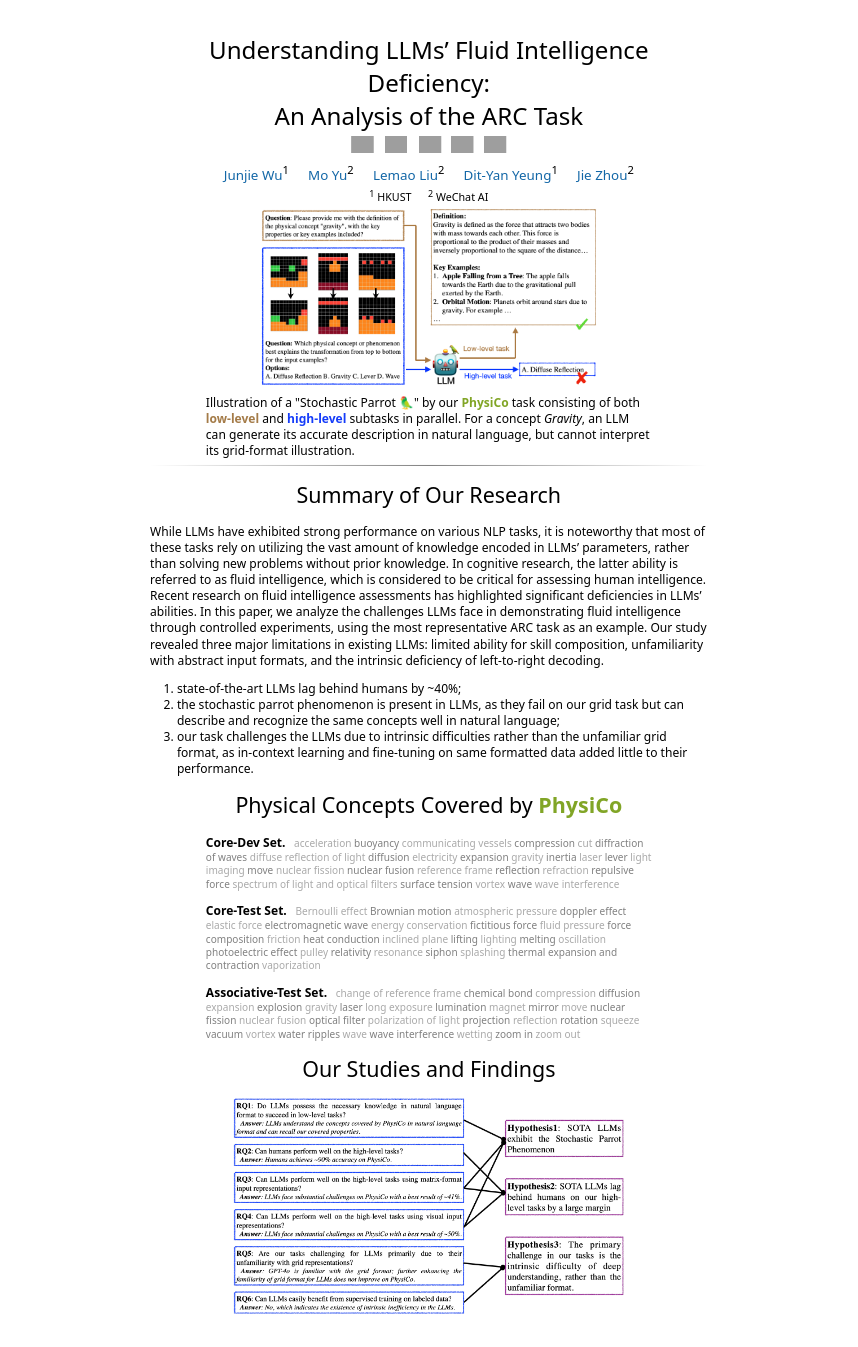
Repository: wujunjie1998/araoc-benchmark.github.io
Page: index.html
An editor plug-in stored every save of this project. The page is shown before and after the next save, followed by the edit.
The browser window is 1280 px wide. The pictures show the whole page, at 67% of full size.
Pictures or frames that could not be fetched are drawn as grey boxes.

Above is the page before, as saved 2025-02-07 21:11:11.

### index.html
<html>
  <head>
    <title>
      Understanding LLMs’ Fluid Intelligence Deficiency: An Analysis of the ARC Task
    </title>
    <link
      rel="icon"
      href="data:[embedded picture, 137 characters]"
    />
    <meta charset="UTF-8" />
    <meta name="viewport" content="width=device-width, initial-scale=1" />
    <link rel="stylesheet" href="./css/index.css" />
  </head>

  <body>
    <div class="header">
      <div class="paper-title">
        Understanding LLMs’ Fluid Intelligence Deficiency:
        <br />
        An Analysis of the ARC Task
      </div>
      <div>
        <!-- * Paper -->
        <span class="link-block">
          <a target="_blank" href="./paper.pdf"
            ><img
              class="badge"
              src="https://img.shields.io/badge/Paper-PDF-red?&labelColor=lightgray&logo=arxiv&logoColor=brown" /><img
          /></a>
        </span>
        <!-- * Dataset -->
        <span class="link-block">
          <a
            target="_blank"
            href="https://huggingface.co/datasets/ShunchiZhang/PhysiCo/"
            ><img
              class="badge"
              src="https://img.shields.io/badge/HuggingFace-Dataset-yellow?labelColor=lightgray&logo=huggingface" /><img
          /></a>
        </span>
        <!-- * Code -->
        <span class="link-block">
          <a target="_blank" href="https://github.com/physico-benchmark/physico"
            ><img
              class="badge"
              src="https://img.shields.io/badge/GitHub-Code-gray?labelColor=lightgray&logo=github&logoColor=gray" /><img /></a
        ></span>
        <!-- * Leaderboard -->
        <span class="link-block">
          <a href="./leaderboard.html"
            ><img
              class="badge"
              src="https://img.shields.io/badge/Leaderboard-Visit-blue?labelColor=lightgray&logo=stackblitz&logoColor=367BAF" /><img /></a
        ></span>
        <!-- * X Threads -->
        <span class="link-block">
          <a href="https://x.com/jieeijjie/status/1876713099752861782"
            ><img
              class="badge"
              src="https://img.shields.io/badge/Threads-black?labelColor=lightgray&logo=x&logoColor=gray" /><img /></a
        ></span>
      </div>
      <div>
        <div class="author-list">
          <span class="author-block"
            ><a href="https://wujunjie1998.github.io/">Junjie Wu</a
            ><sup>1</sup></span
          >
          <span class="author-block"
            ><a href="https://sites.google.com/site/moyunlp/">Mo Yu</a
            ><sup>2</sup></span
          >
          <span class="author-block"
            ><a href="https://lemaoliu.github.io/homepage/">Lemao Liu</a
            ><sup>2</sup></span
          >
          <span class="author-block"
            ><a href="https://sites.google.com/view/dyyeung">Dit-Yan Yeung</a
            ><sup>1</sup></span
          >
          <span class="author-block"
            ><a href="https://openreview.net/profile?id=~Jie_Zhou8">Jie Zhou</a
            ><sup>2</sup></span
          >
        </div>
        <div class="inst-list">
          <span class="institution-block"><sup>1</sup> HKUST</span>
          <span class="institution-block"><sup>2</sup> WeChat AI</span>
        </div>
      </div>
    </div>

    <div class="teaser">
      <center>
        <img src="./img/teaser.png" />
        <figcaption>
          Illustration of a "Stochastic Parrot 🦜" by our
          <span class="dataset-name">PhysiCo</span> task consisting of both
          <b style="color: #a47b48">low-level</b> and
          <b style="color: #153cf9">high-level</b> subtasks in parallel. For a
          concept <i>Gravity</i>, an LLM can generate its accurate description
          in natural language, but cannot interpret its grid-format
          illustration.
        </figcaption>
      </center>
    </div>

    <hr />

    <!-- ^ Summary of Our Research -->
    <center><h1>Summary of Our Research</h1></center>
    <div class="content">
      <!-- <p style="font-size: large; text-align: center">
        <b>TL;DR:</b>
      </p> -->
      <p>
        While LLMs have exhibited strong performance on various NLP tasks, it is noteworthy that most of these tasks rely on utilizing the vast amount of knowledge encoded in LLMs’ parameters, rather than solving new problems without prior knowledge. In cognitive research, the latter ability is referred to as fluid intelligence, which is considered to be critical for assessing human intelligence. Recent research on fluid intelligence assessments has highlighted significant deficiencies in LLMs’ abilities. In this paper, we analyze the challenges LLMs face in demonstrating fluid intelligence through controlled experiments, using the most representative ARC task as an example. Our study revealed three major limitations in existing LLMs: limited ability for skill composition, unfamiliarity with abstract input formats, and the intrinsic deficiency of left-to-right decoding.
      </p>
      <ol>
        <li>state-of-the-art LLMs lag behind humans by ~40%;</li>
        <li>
          the stochastic parrot phenomenon is present in LLMs, as they fail on
          our grid task but can describe and recognize the same concepts well in
          natural language;
        </li>
        <li>
          our task challenges the LLMs due to intrinsic difficulties rather than
          the unfamiliar grid format, as in-context learning and fine-tuning on
          same formatted data added little to their performance.
        </li>
      </ol>
    </div>

    <!-- ^ Physical Concepts Covered by `PhysiCo` -->
    <center>
      <h1>
        Physical Concepts Covered by <span class="dataset-name">PhysiCo</span>
      </h1>
    </center>
    <div class="content narrower">
      <p>
        <strong>Core-Dev Set.</strong>&ensp;<span style="font-size: smaller">
          <span style="color: darkgray">acceleration</span>
          <span style="color: gray">buoyancy</span>
          <span style="color: darkgray">communicating vessels</span>
          <span style="color: gray">compression</span>
          <span style="color: darkgray">cut</span>
          <span style="color: gray">diffraction of waves</span>
          <span style="color: darkgray">diffuse reflection of light</span>
          <span style="color: gray">diffusion</span>
          <span style="color: darkgray">electricity</span>
          <span style="color: gray">expansion</span>
          <span style="color: darkgray">gravity</span>
          <span style="color: gray">inertia</span>
          <span style="color: darkgray">laser</span>
          <span style="color: gray">lever</span>
          <span style="color: darkgray">light imaging</span>
          <span style="color: gray">move</span>
          <span style="color: darkgray">nuclear fission</span>
          <span style="color: gray">nuclear fusion</span>
          <span style="color: darkgray">reference frame</span>
          <span style="color: gray">reflection</span>
          <span style="color: darkgray">refraction</span>
          <span style="color: gray">repulsive force</span>
          <span style="color: darkgray"
            >spectrum of light and optical filters</span
          >
          <span style="color: gray">surface tension</span>
          <span style="color: darkgray">vortex</span>
          <span style="color: gray">wave</span>
          <span style="color: darkgray">wave interference</span></span
        >
      </p>
      <p>
        <strong>Core-Test Set.</strong>&ensp;<span style="font-size: smaller">
          <span style="color: darkgray">Bernoulli effect</span>
          <span style="color: gray">Brownian motion</span>
          <span style="color: darkgray">atmospheric pressure</span>
          <span style="color: gray">doppler effect</span>
          <span style="color: darkgray">elastic force</span>
          <span style="color: gray">electromagnetic wave</span>
          <span style="color: darkgray">energy conservation</span>
          <span style="color: gray">fictitious force</span>
          <span style="color: darkgray">fluid pressure</span>
          <span style="color: gray">force composition</span>
          <span style="color: darkgray">friction</span>
          <span style="color: gray">heat conduction</span>
          <span style="color: darkgray">inclined plane</span>
          <span style="color: gray">lifting</span>
          <span style="color: darkgray">lighting</span>
          <span style="color: gray">melting</span>
          <span style="color: darkgray">oscillation</span>
          <span style="color: gray">photoelectric effect</span>
          <span style="color: darkgray">pulley</span>
          <span style="color: gray">relativity</span>
          <span style="color: darkgray">resonance</span>
          <span style="color: gray">siphon</span>
          <span style="color: darkgray">splashing</span>
          <span style="color: gray">thermal expansion and contraction</span>
          <span style="color: darkgray">vaporization</span></span
        >
      </p>
      <p>
        <strong>Associative-Test Set.</strong>&ensp;<span
          style="font-size: smaller"
        >
          <span style="color: darkgray">change of reference frame</span>
          <span style="color: gray">chemical bond</span>
          <span style="color: darkgray">compression</span>
          <span style="color: gray">diffusion</span>
          <span style="color: darkgray">expansion</span>
          <span style="color: gray">explosion</span>
          <span style="color: darkgray">gravity</span>
          <span style="color: gray">laser</span>
          <span style="color: darkgray">long exposure</span>
          <span style="color: gray">lumination</span>
          <span style="color: darkgray">magnet</span>
          <span style="color: gray">mirror</span>
          <span style="color: darkgray">move</span>
          <span style="color: gray">nuclear fission</span>
          <span style="color: darkgray">nuclear fusion</span>
          <span style="color: gray">optical filter</span>
          <span style="color: darkgray">polarization of light</span>
          <span style="color: gray">projection</span>
          <span style="color: darkgray">reflection</span>
          <span style="color: gray">rotation</span>
          <span style="color: darkgray">squeeze</span>
          <span style="color: gray">vacuum</span>
          <span style="color: darkgray">vortex</span>
          <span style="color: gray">water ripples</span>
          <span style="color: darkgray">wave</span>
          <span style="color: gray">wave interference</span>
          <span style="color: darkgray">wetting</span>
          <span style="color: gray">zoom in</span>
          <span style="color: darkgray">zoom out</span></span
        >
      </p>
    </div>

    <!-- ^ Our Studies and Findings -->
    <center><h1>Our Studies and Findings</h1></center>
    <div class="content">
      <!-- <p>Foo Bar</p> -->
      <center>
        <img src="./img/rq.png" width="70%" />
        <!-- <figcaption style="text-align: center">
          6 Research Questions (RQs) and 3 Hypotheses
        </figcaption> -->
      </center>
    </div>
  </body>
</html>

### css/index.css
@import url("https://fonts.googleapis.com/css2?family=Noto+Sans:ital,wght@0,100..900;1,100..900&display=swap");

body {
  font-family: "Noto Sans", sans-serif;
  font-optical-sizing: auto;
  font-style: normal;
  font-variation-settings: "wdth" 100;
  font-weight: 400;
  font-size: 18px;
  margin: 50px auto;
  width: 65%;
}

div.header,
div.teaser,
div.content {
  margin-left: auto;
  margin-right: auto;
}

div.narrower {
  width: 80% !important;
}

div.header div {
  margin: 6px;
  text-align: center;
}

div.teaser img {
  max-width: 60%;
}

.paper-title {
  font-size: 36px;
}

.author-block {
  font-size: 20px;
  margin: 0px 12px;
}

.institution-block {
  font-size: 16px;
  margin: 0px 10px;
}

.note-block {
  color: gray;
  font-size: 16px;
}

.link-block {
  font-size: 24px;
  font-weight: bold;
  margin: 0px 5px;
}

.badge {
  width: auto;
  height: 2vw;
}

.dataset-name {
  font-weight: bold;
  color: #81a526;
}

h1 {
  font-size: 32px;
  font-weight: 300;
}

.disclaimerbox {
  background-color: #eee;
  border: 1px solid #eeeeee;
  border-radius: 10px;
  -moz-border-radius: 10px;
  -webkit-border-radius: 10px;
  padding: 20px;
}

video.header-vid {
  height: 140px;
  border: 1px solid black;
  border-radius: 10px;
  -moz-border-radius: 10px;
  -webkit-border-radius: 10px;
}

figcaption {
  margin: 10px 0px;
  width: 80%;
  text-align: left;
}

img.header-img {
  height: 140px;
  border: 1px solid black;
  border-radius: 10px;
  -moz-border-radius: 10px;
  -webkit-border-radius: 10px;
}

img.rounded {
  border: 1px solid #eeeeee;
  border-radius: 10px;
  -moz-border-radius: 10px;
  -webkit-border-radius: 10px;
}

a:link,
a:visited {
  color: #1367a7;
  text-decoration: none;
}
a:hover {
  color: #208799;
}

td.dl-link {
  height: 160px;
  text-align: center;
  font-size: 22px;
}

.vert-cent {
  position: relative;
  top: 50%;
  transform: translateY(-50%);
}

hr {
  border: 0;
  height: 1px;
  background-image: linear-gradient(
    to right,
    rgba(0, 0, 0, 0),
    rgba(0, 0, 0, 0.75),
    rgba(0, 0, 0, 0)
  );
}

.citation {
  text-align: left;
  font-family: monospace;
  font-size: 8pt;
  text-wrap: auto;
}

@media screen and (max-width: 1120px) {
  body {
    font-size: 16px;
    width: 90%;
  }
  div.teaser img {
    max-width: 100%;
  }
  .paper-title {
    font-size: 26px;
  }
  .author-block,
  .institution-block,
  .note-block {
    font-size: 14px;
  }
  .link-block {
    font-size: 20px;
  }
  .badge {
    width: auto;
    height: 28px;
    margin-top: 3px;
    margin-bottom: 3px;
  }
  h1 {
    font-size: 26px;
  }
}

After the next save:
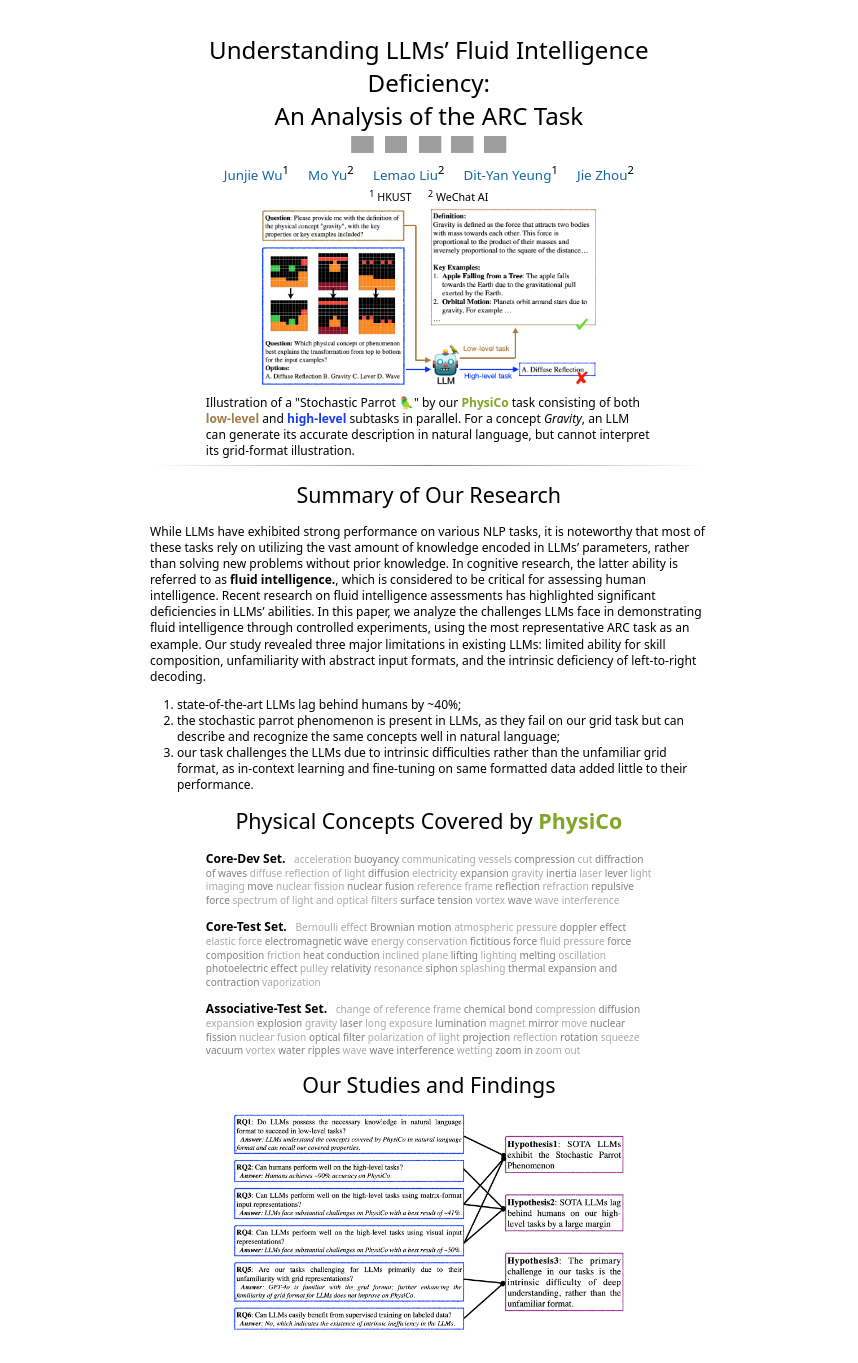
Saved 111 s later.
--- a/index.html
+++ b/index.html
@@ -114,7 +114,7 @@
         <b>TL;DR:</b>
       </p> -->
       <p>
-        While LLMs have exhibited strong performance on various NLP tasks, it is noteworthy that most of these tasks rely on utilizing the vast amount of knowledge encoded in LLMs’ parameters, rather than solving new problems without prior knowledge. In cognitive research, the latter ability is referred to as fluid intelligence, which is considered to be critical for assessing human intelligence. Recent research on fluid intelligence assessments has highlighted significant deficiencies in LLMs’ abilities. In this paper, we analyze the challenges LLMs face in demonstrating fluid intelligence through controlled experiments, using the most representative ARC task as an example. Our study revealed three major limitations in existing LLMs: limited ability for skill composition, unfamiliarity with abstract input formats, and the intrinsic deficiency of left-to-right decoding.
+        While LLMs have exhibited strong performance on various NLP tasks, it is noteworthy that most of these tasks rely on utilizing the vast amount of knowledge encoded in LLMs’ parameters, rather than solving new problems without prior knowledge. In cognitive research, the latter ability is referred to as <strong>fluid intelligence.</strong>, which is considered to be critical for assessing human intelligence. Recent research on fluid intelligence assessments has highlighted significant deficiencies in LLMs’ abilities. In this paper, we analyze the challenges LLMs face in demonstrating fluid intelligence through controlled experiments, using the most representative ARC task as an example. Our study revealed three major limitations in existing LLMs: limited ability for skill composition, unfamiliarity with abstract input formats, and the intrinsic deficiency of left-to-right decoding.
       </p>
       <ol>
         <li>state-of-the-art LLMs lag behind humans by ~40%;</li>
